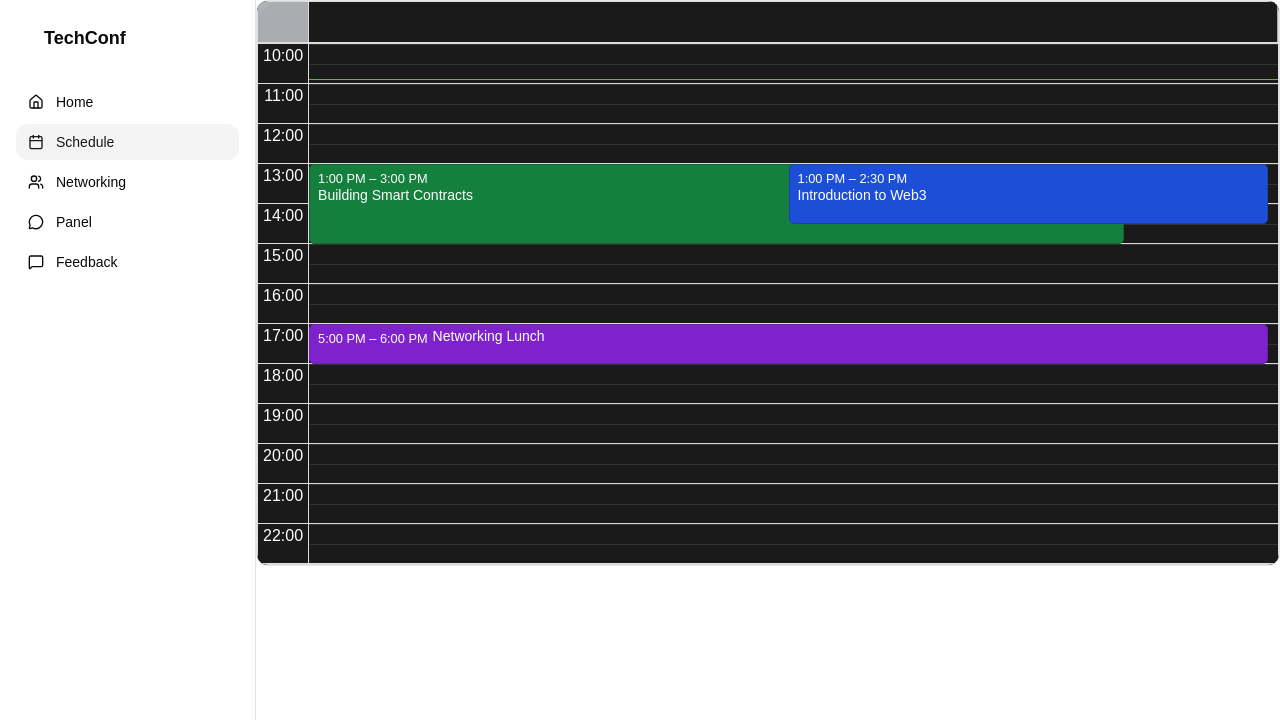
Repository: mrnavdal/symposium-2024
Page: /schedule (app in symposium24/)
These files come from the project's save history. The page is drawn as it stood at one moment and after a run of saves; the edit follows.
The browser window is 1280 px wide. The pictures show the whole page.
The project was rebuilt for these pictures with package versions that can differ from the ones it lists, and the page was loaded fresh each time. The framework's server and built-in components were replaced by stand-ins that run in the browser. Also part of the build but not shown: symposium24/next.config.ts.

Above is the page before, as saved 2024-11-08 13:48:56.

### symposium24/src/app/layout.tsx
import type { Metadata } from "next";
import localFont from "next/font/local";
import { ThemeProvider } from "@/components/ThemeProvider";
import { Navigation } from "@/components/Navigation";
import "./globals.css";
import '@/styles/calendar.css'

const geistSans = localFont({
  src: "./fonts/GeistVF.woff",
  variable: "--font-geist-sans",
  weight: "100 900",
});
const geistMono = localFont({
  src: "./fonts/GeistMonoVF.woff",
  variable: "--font-geist-mono",
  weight: "100 900",
});

export const metadata: Metadata = {
  title: "TechConf 2024",
  description: "Conference schedule and information",
};

export default function RootLayout({
  children,
}: Readonly<{
  children: React.ReactNode;
}>) {
  return (
    <html lang="en" suppressHydrationWarning>
      <body
        className={`${geistSans.variable} ${geistMono.variable} antialiased min-h-screen`}
      >
        <ThemeProvider
          attribute="class"
          defaultTheme="system"
          enableSystem
          disableTransitionOnChange
        >
          <Navigation />
          <main className="pb-16 md:pb-0 md:pl-64">
            {children}
          </main>
        </ThemeProvider>
      </body>
    </html>
  );
}

### symposium24/src/app/schedule/page.tsx
import { Calendar } from '@/components/Calendar'
import { PageTransition } from '@/components/PageTransition'
import { events } from '@/data/events'

export default function SchedulePage() {
  return (
    <PageTransition>

        <div className="h-full rounded-lg overflow-hidden border bg-card/50">
          <Calendar events={events} />
        </div>

    </PageTransition>
  )
}

### symposium24/src/components/ThemeProvider.tsx
'use client'

import * as React from 'react'
import { ThemeProvider as NextThemesProvider } from 'next-themes'

interface ThemeProviderProps {
  children: React.ReactNode
  attribute?: string
  defaultTheme?: string
  enableSystem?: boolean
  disableTransitionOnChange?: boolean
}

export function ThemeProvider({
  children,
  attribute,
  defaultTheme,
  enableSystem,
  disableTransitionOnChange,
}: ThemeProviderProps) {
  return (
    <NextThemesProvider
      attribute={attribute as 'class' | 'data-theme'}
      defaultTheme={defaultTheme}
      enableSystem={enableSystem}
      disableTransitionOnChange={disableTransitionOnChange}
    >
      {children}
    </NextThemesProvider>
  )
}

### symposium24/src/components/Navigation.tsx
'use client'

import { usePathname } from 'next/navigation'
import Link from 'next/link'
import { cn } from '@/lib/utils'
import {
  Home,
  Calendar,
  Users,
  MessageCircle,
  MessageSquare,
  LucideIcon
} from 'lucide-react'

interface NavItem {
  href: string
  label: string
  icon: LucideIcon
}

const navItems: NavItem[] = [
  { href: '/', label: 'Home', icon: Home },
  { href: '/schedule', label: 'Schedule', icon: Calendar },
  { href: '/networking', label: 'Networking', icon: Users },
  { href: '/discussion', label: 'Panel', icon: MessageCircle },
  { href: '/feedback', label: 'Feedback', icon: MessageSquare },
]

export function Navigation() {
  const pathname = usePathname()

  return (
    <>
      {/* Desktop Side Navigation */}
      <nav className="hidden md:flex fixed left-0 top-0 h-screen w-64 border-r bg-background p-4">
        <div className="space-y-4 w-full">
          <div className="px-3 py-2">
            <h2 className="mb-2 px-4 text-lg font-semibold">TechConf</h2>
          </div>
          <div className="space-y-1">
            {navItems.map((item) => (
              <Link
                key={item.href}
                href={item.href}
                className={cn(
                  'flex items-center gap-3 rounded-lg px-3 py-2 text-sm transition-colors',
                  pathname === item.href
                    ? 'bg-secondary text-secondary-foreground'
                    : 'hover:bg-secondary/80'
                )}
              >
                <item.icon className="h-4 w-4" />
                {item.label}
              </Link>
            ))}
          </div>
        </div>
      </nav>

      {/* Mobile Bottom Navigation */}
      <nav className="md:hidden fixed bottom-0 left-0 right-0 border-t bg-background z-50">
        <div className="flex items-center justify-around">
          {navItems.map((item) => (
            <Link
              key={item.href}
              href={item.href}
              className={cn(
                'flex flex-col items-center gap-1 p-3 text-xs',
                pathname === item.href
                  ? 'text-primary'
                  : 'text-muted-foreground'
              )}
            >
              <item.icon className="h-5 w-5" />
              <span>{item.label}</span>
            </Link>
          ))}
        </div>
      </nav>

      {/* Content Padding for Mobile Bottom Nav */}
      <div className="pb-16 md:pb-0 md:pl-64">
        {/* This div wraps the main content to provide padding */}
      </div>
    </>
  )
}

### symposium24/src/app/globals.css
@tailwind base;
@tailwind components;
@tailwind utilities;

body {
  font-family: Arial, Helvetica, sans-serif;
}

@layer base {
  :root {
    --background: 0 0% 100%;
    --foreground: 240 10% 3.9%;
    --card: 0 0% 100%;
    --card-foreground: 240 10% 3.9%;
    --popover: 0 0% 100%;
    --popover-foreground: 240 10% 3.9%;
    --primary: 240 5.9% 10%;
    --primary-foreground: 0 0% 98%;
    --secondary: 240 4.8% 95.9%;
    --secondary-foreground: 240 5.9% 10%;
    --muted: 240 4.8% 95.9%;
    --muted-foreground: 240 3.8% 46.1%;
    --accent: 240 4.8% 95.9%;
    --accent-foreground: 240 5.9% 10%;
    --destructive: 0 84.2% 60.2%;
    --destructive-foreground: 0 0% 98%;
    --border: 240 5.9% 90%;
    --input: 240 5.9% 90%;
    --ring: 240 5.9% 10%;
    --chart-1: 12 76% 61%;
    --chart-2: 173 58% 39%;
    --chart-3: 197 37% 24%;
    --chart-4: 43 74% 66%;
    --chart-5: 27 87% 67%;
    --radius: 0.75rem;
  }
  .dark {
    --background: 240 10% 3.9%;
    --foreground: 0 0% 98%;
    --card: 240 10% 3.9%;
    --card-foreground: 0 0% 98%;
    --popover: 240 10% 3.9%;
    --popover-foreground: 0 0% 98%;
    --primary: 0 0% 98%;
    --primary-foreground: 240 5.9% 10%;
    --secondary: 240 3.7% 15.9%;
    --secondary-foreground: 0 0% 98%;
    --muted: 240 3.7% 15.9%;
    --muted-foreground: 240 5% 64.9%;
    --accent: 240 3.7% 15.9%;
    --accent-foreground: 0 0% 98%;
    --destructive: 0 62.8% 30.6%;
    --destructive-foreground: 0 0% 98%;
    --border: 240 3.7% 15.9%;
    --input: 240 3.7% 15.9%;
    --ring: 240 4.9% 83.9%;
    --chart-1: 220 70% 50%;
    --chart-2: 160 60% 45%;
    --chart-3: 30 80% 55%;
    --chart-4: 280 65% 60%;
    --chart-5: 340 75% 55%;
  }
}

@layer base {
  * {
    @apply border-border;
  }
  body {
    @apply bg-background text-foreground;
  }
}

### symposium24/src/styles/calendar.css
/* Dark mode styles */
.rbc-calendar-dark {
  @apply text-white;
}

.rbc-calendar-dark .rbc-header {
  @apply bg-muted/50 border-border text-muted-foreground font-medium;
}

.rbc-calendar-dark .rbc-time-view {
  @apply border-border bg-card/50 backdrop-blur-sm;
}

.rbc-calendar-dark .rbc-time-header {
  @apply bg-muted/50 border-border;
}

.rbc-calendar-dark .rbc-time-content {
  @apply border-border;
}

.rbc-calendar-dark .rbc-time-slot {
  @apply text-muted-foreground;
}

.rbc-calendar-dark .rbc-today {
  @apply bg-muted/50;
}

.rbc-calendar-dark .rbc-current-time-indicator {
  @apply bg-primary;
}

/* General styles */
.rbc-header {
  @apply py-3 font-medium text-muted-foreground border-border bg-muted/30;
}

.rbc-time-view {
  @apply border-border bg-card/50 backdrop-blur-sm;
}

.rbc-time-header {
  @apply border-border bg-muted/30;
}

.rbc-time-content {
  @apply border-border;
}

.rbc-event {
  @apply rounded-md border shadow-sm;
}

.rbc-event-content {
  @apply text-sm font-medium;
}

.rbc-today {
  @apply bg-muted/30;
}

.rbc-current-time-indicator {
  @apply bg-primary;
}

.rbc-toolbar {
  @apply mb-4;
}

.rbc-toolbar button {
  @apply rounded-md border-border bg-card hover:bg-muted/50 transition-colors;
}

.rbc-toolbar button.rbc-active {
  @apply bg-primary text-primary-foreground hover:bg-primary/90;
}

.rbc-time-slot {
  @apply text-muted-foreground;
}

### symposium24/src/components/Calendar.tsx
'use client'

import { Calendar as BigCalendar, momentLocalizer, View } from 'react-big-calendar'
import moment from 'moment'
import { CalendarEvent } from '@/types/event'
import { cn } from '@/lib/utils'
import { useTheme } from 'next-themes'
import { useMemo } from 'react'

import 'react-big-calendar/lib/css/react-big-calendar.css'

const localizer = momentLocalizer(moment)

const eventStyleGetter = (event: CalendarEvent) => {
  const isPast = moment(event.end).isBefore(moment())
  const isOngoing = moment().isBetween(event.start, event.end)

  const colors = {
    workshop: { bg: '#15803d', border: '#166534' },  // green-700, green-800
    lecture: { bg: '#1d4ed8', border: '#1e40af' },   // blue-700, blue-800
    networking: { bg: '#7e22ce', border: '#6b21a8' }, // purple-700, purple-800
  }[event.type] || { bg: '#3b82f6', border: '#2563eb' }  // blue-500, blue-600

  return {
    className: cn(
      'rounded-md border backdrop-blur-sm transition-colors',
      isPast && 'opacity-50 hover:opacity-70',
      isOngoing && 'ring-2 ring-yellow-400/50 shadow-lg'
    ),
    style: {
      backgroundColor: colors.bg,
      borderColor: colors.border,
      padding: '4px 8px',
    }
  }
}

interface CalendarProps {
  events: CalendarEvent[]
}
export function Calendar({ events }: CalendarProps) {
  const { theme } = useTheme()

  console.log('Calendar events:', events)

  const calendarProps = useMemo(() => ({
    className: cn(
      'h-[700px] md:h-[800px] bg-gray-900',
      theme === 'dark' && 'rbc-calendar-dark',
    ),
    min: new Date(2024, 10, 8, 10, 0),
    max: new Date(2024, 10, 8, 23, 0),
    formats: {
      timeGutterFormat: (date: Date) => moment(date).format('HH:mm'),
    },
    localizer,
    events,
    defaultView: 'day' as View,
    views: ['day'] as View[],
    step: 30,
    timeslots: 2,
    eventPropGetter: eventStyleGetter,
    tooltipAccessor: (event: CalendarEvent) =>
      `${event.title}\nLocation: ${event.location}\nSpeaker: ${event.speaker}`,
    dayPropGetter: () => ({
      style: {
        backgroundColor: theme === 'dark' ? '#121212' : '#1a1a1a',
        color: theme === 'dark' ? '#e5e5e5' : '#fff'
      }
    }),
    slotPropGetter: () => ({
      style: {
        backgroundColor: theme === 'dark' ? '#121212' : '#1a1a1a',
        borderColor: theme === 'dark' ? '#2a2a2a' : '#333',
        color: theme === 'dark' ? '#e5e5e5' : '#fff'
      }
    }),
    toolbar: false
  }), [events, theme])

  return <BigCalendar {...calendarProps} />
}

### symposium24/src/components/PageTransition.tsx
'use client'

import { motion } from 'framer-motion'
import { fadeIn } from '@/lib/animations'

interface PageTransitionProps {
  children: React.ReactNode
  className?: string
}

export function PageTransition({ children, className }: PageTransitionProps) {
  return (
    <motion.div
      variants={fadeIn}
      initial="initial"
      animate="animate"
      exit="exit"
      className={className}
    >
      {children}
    </motion.div>
  )
}

### symposium24/src/data/events.ts
import { CalendarEvent } from '@/types/event'

export const events: CalendarEvent[] = [
  {
    id: '1',
    title: 'Introduction to Web3',
    type: 'lecture',
    start: new Date(2024, 10, 8, 13, 0),
    end: new Date(2024, 10, 8, 14, 30),
    speaker: 'Jane Smith',
    location: 'Main Hall',
    description: 'An overview of Web3 technologies and their impact on the future of the internet.'
  },
  {
    id: '2',
    title: 'Building Smart Contracts',
    type: 'workshop',
    start: new Date(2024, 10, 8, 13, 0),
    end: new Date(2024, 10, 8, 15, 0),
    speaker: 'John Doe',
    location: 'Workshop Room A',
    description: 'Hands-on workshop on creating and deploying smart contracts.'
  },
  {
    id: '3',
    title: 'Networking Lunch',
    type: 'networking',
    start: new Date(2024, 10, 8, 17, 0),
    end: new Date(2024, 10, 8, 18, 0),
    speaker: '',
    location: 'Dining Hall',
    description: 'Network with fellow attendees over lunch.'
  }
]

### symposium24/src/lib/animations.ts
export const fadeIn = {
  initial: { opacity: 0, y: 20 },
  animate: { opacity: 1, y: 0 },
  exit: { opacity: 0, y: 20 }
}

export const staggerContainer = {
  animate: {
    transition: {
      staggerChildren: 0.1
    }
  }
}

export const slideIn = {
  initial: { x: -20, opacity: 0 },
  animate: { x: 0, opacity: 1 },
  exit: { x: 20, opacity: 0 }
}

export const scaleIn = {
  initial: { scale: 0.9, opacity: 0 },
  animate: { scale: 1, opacity: 1 },
  exit: { scale: 0.9, opacity: 0 }
}

### symposium24/tailwind.config.ts
import type { Config } from "tailwindcss";

export default {
    darkMode: ["class"],
    content: [
    "./src/pages/**/*.{js,ts,jsx,tsx,mdx}",
    "./src/components/**/*.{js,ts,jsx,tsx,mdx}",
    "./src/app/**/*.{js,ts,jsx,tsx,mdx}",
  ],
  theme: {
  	extend: {
  		colors: {
  			background: 'hsl(var(--background))',
  			foreground: 'hsl(var(--foreground))',
  			card: {
  				DEFAULT: 'hsl(var(--card))',
  				foreground: 'hsl(var(--card-foreground))'
  			},
  			popover: {
  				DEFAULT: 'hsl(var(--popover))',
  				foreground: 'hsl(var(--popover-foreground))'
  			},
  			primary: {
  				DEFAULT: 'hsl(var(--primary))',
  				foreground: 'hsl(var(--primary-foreground))'
  			},
  			secondary: {
  				DEFAULT: 'hsl(var(--secondary))',
  				foreground: 'hsl(var(--secondary-foreground))'
  			},
  			muted: {
  				DEFAULT: 'hsl(var(--muted))',
  				foreground: 'hsl(var(--muted-foreground))'
  			},
  			accent: {
  				DEFAULT: 'hsl(var(--accent))',
  				foreground: 'hsl(var(--accent-foreground))'
  			},
  			destructive: {
  				DEFAULT: 'hsl(var(--destructive))',
  				foreground: 'hsl(var(--destructive-foreground))'
  			},
  			border: 'hsl(var(--border))',
  			input: 'hsl(var(--input))',
  			ring: 'hsl(var(--ring))',
  			chart: {
  				'1': 'hsl(var(--chart-1))',
  				'2': 'hsl(var(--chart-2))',
  				'3': 'hsl(var(--chart-3))',
  				'4': 'hsl(var(--chart-4))',
  				'5': 'hsl(var(--chart-5))'
  			}
  		},
  		borderRadius: {
  			lg: 'var(--radius)',
  			md: 'calc(var(--radius) - 2px)',
  			sm: 'calc(var(--radius) - 4px)'
  		}
  	}
  },
  plugins: [
    require("tailwindcss-animate"),
    require('@tailwindcss/typography'),
  ],
} satisfies Config;

Loaded but not shown: symposium24/src/lib/utils.ts (common file)

After the next 3 saves:
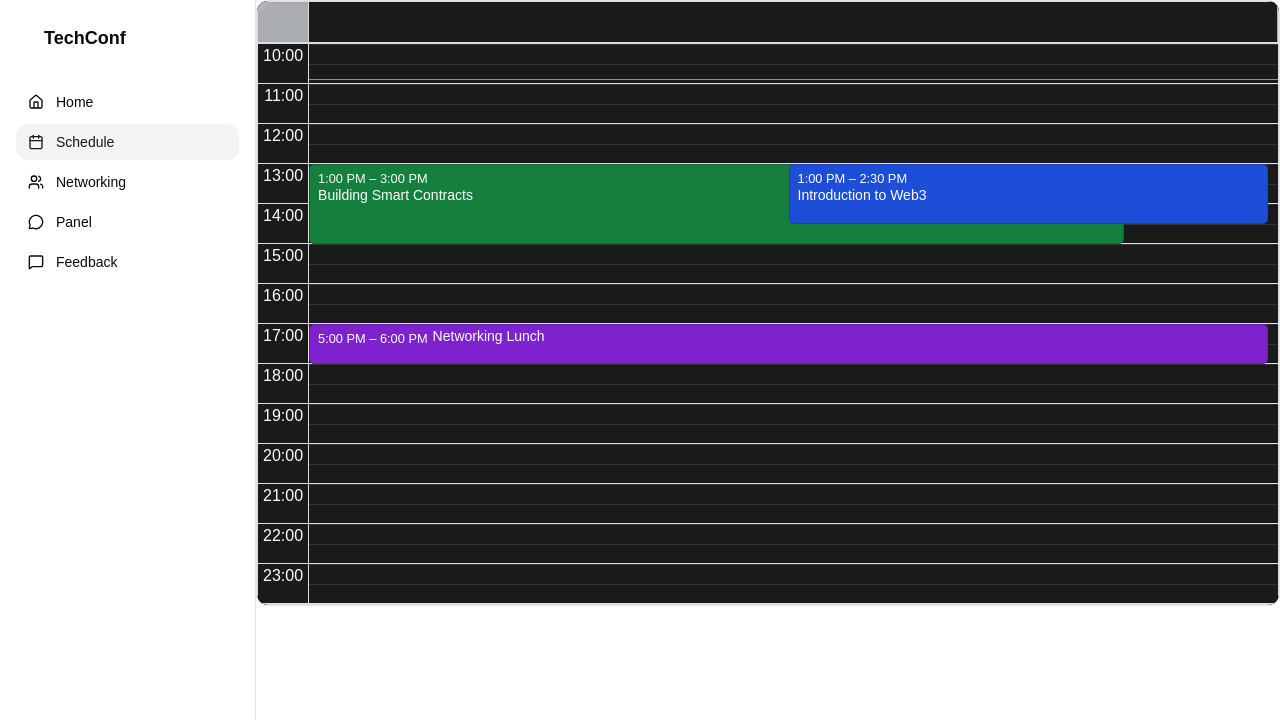
The 3 saves are shown as one change because they came seconds apart.
The last was saved 25 s later.
--- a/symposium24/src/components/Calendar.tsx
+++ b/symposium24/src/components/Calendar.tsx
@@ -49,7 +49,7 @@ export function Calendar({ events }: CalendarProps) {
       theme === 'dark' && 'rbc-calendar-dark',
     ),
     min: new Date(2024, 10, 8, 10, 0),
-    max: new Date(2024, 10, 8, 23, 0),
+    max: new Date(2024, 10, 8, 23, 59),
     formats: {
       timeGutterFormat: (date: Date) => moment(date).format('HH:mm'),
     },
